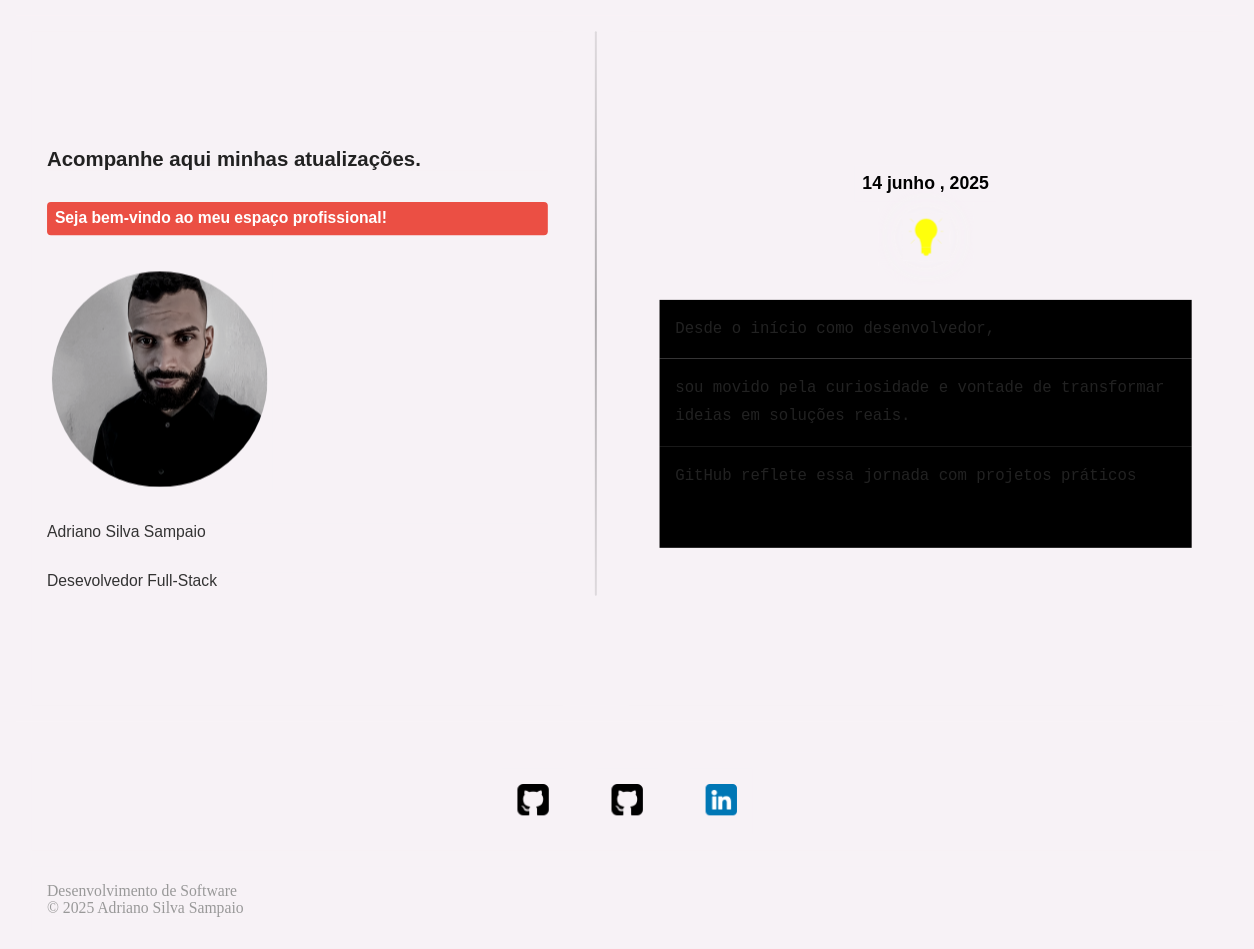
Repository: umdevadriano/portifolio2025
Page: /
These files come from the project's save history. The page is drawn as it stood at one moment and after the next save; the edit follows.
The browser window is 1280 px wide. The pictures show the whole page, at 98% of full size.
The project was rebuilt for these pictures with package versions that can differ from the ones it lists, and the page was loaded fresh each time. Also part of the build but not shown: vite.config.ts.

Above is the page before, as saved 2025-06-29 20:49:12.

After the next save:
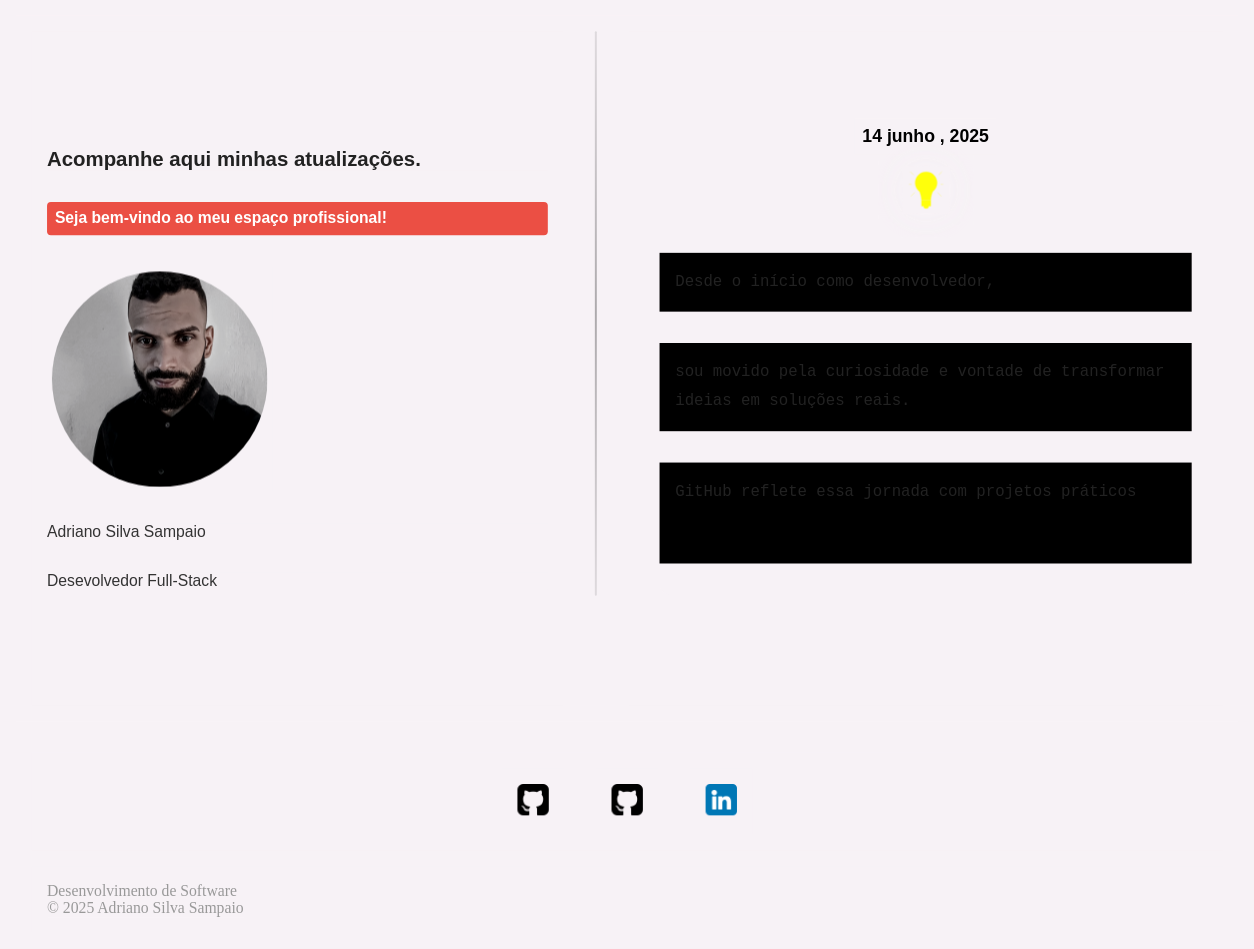
Saved 19 s later.
--- a/src/componentes/EmDesenvolvimentoWrapper/EmDesenvolvimentoWrapper .tsx
+++ b/src/componentes/EmDesenvolvimentoWrapper/EmDesenvolvimentoWrapper .tsx
@@ -24,7 +24,8 @@ const Container = styled.div`
 const Linha = styled.p`
   margin: 0;
   padding: 1rem;
-  background-color: black;margin-bottom 2rem;
+  background-color: black;
+  margin-bottom: 2rem;
 `;
 
 const Cursor = styled.span`
